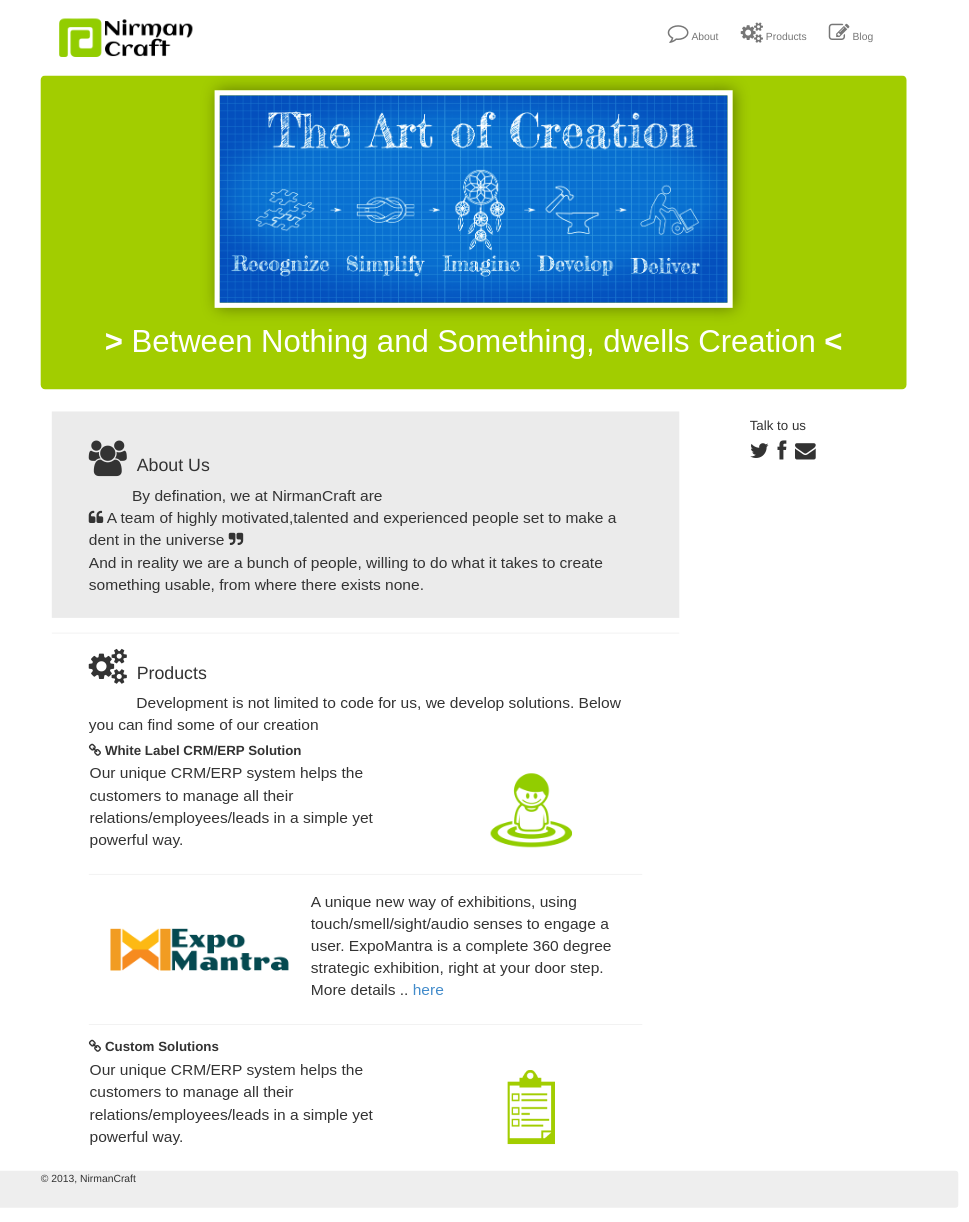
Repository: MeShreyas/NirmanCraftWebsite
Page: NirmanCraft/index.html
The author's editor kept a copy of each file at every save. The page is drawn from the files as they stood at one save, then again after the next save.
The browser window is 1280 px wide. The page is 1310 px wide, so the pictures cover 1310 px, including what lies to the right of the window. The pictures show the whole page, at 74% of full size.
Some web fonts or font styles are not loaded; a fallback is used.

Above is the page before, as saved 2013-10-08 09:03:05.
Console error: ReferenceError: jQuery is not defined

After the next save:
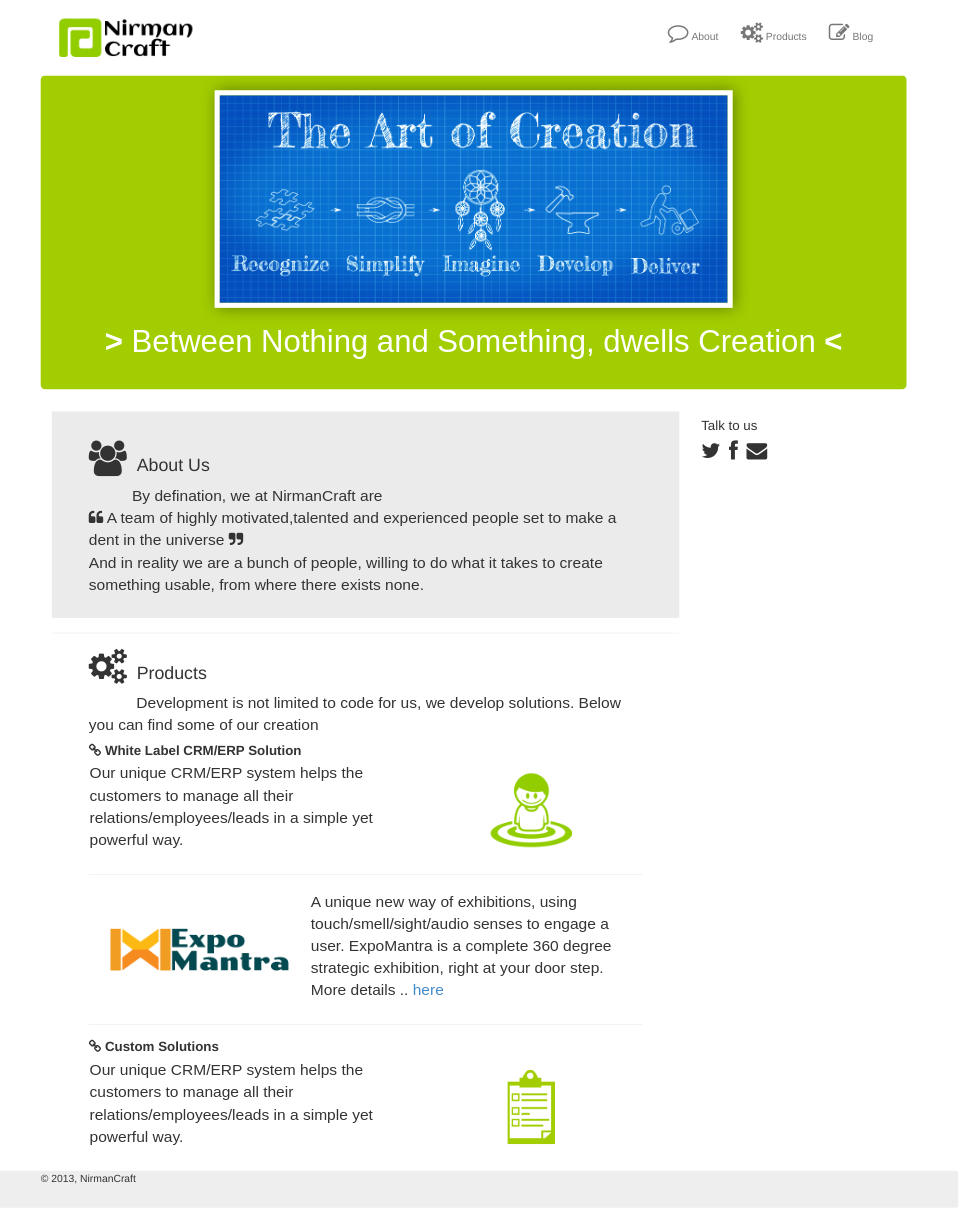
Saved 13 s later.
--- a/NirmanCraft/index.html
+++ b/NirmanCraft/index.html
@@ -167,7 +167,7 @@
 					<div class="sidebar col-lg-3">
 							<div>
 
-								<div style="width:50%;margin:0 auto;">
+								<div style="margin:0 auto;">
 									<h4 class="list-group-item-header">
 										Talk to us
 									</h4>

After the save that followed:
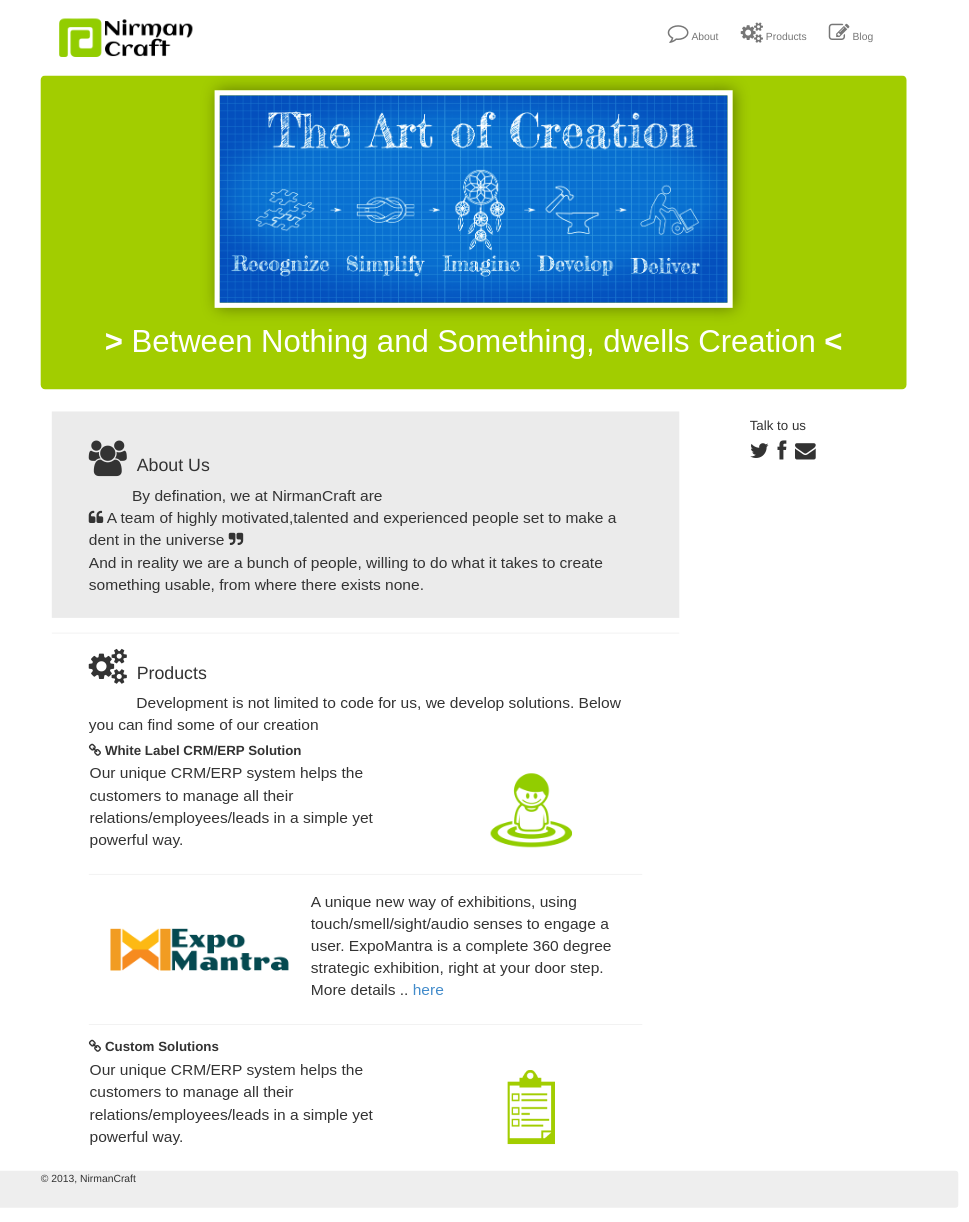
Saved 8 s later.
--- a/NirmanCraft/index.html
+++ b/NirmanCraft/index.html
@@ -167,7 +167,7 @@
 					<div class="sidebar col-lg-3">
 							<div>
 
-								<div style="margin:0 auto;">
+								<div style="width:50%;margin:0 auto;">
 									<h4 class="list-group-item-header">
 										Talk to us
 									</h4>
